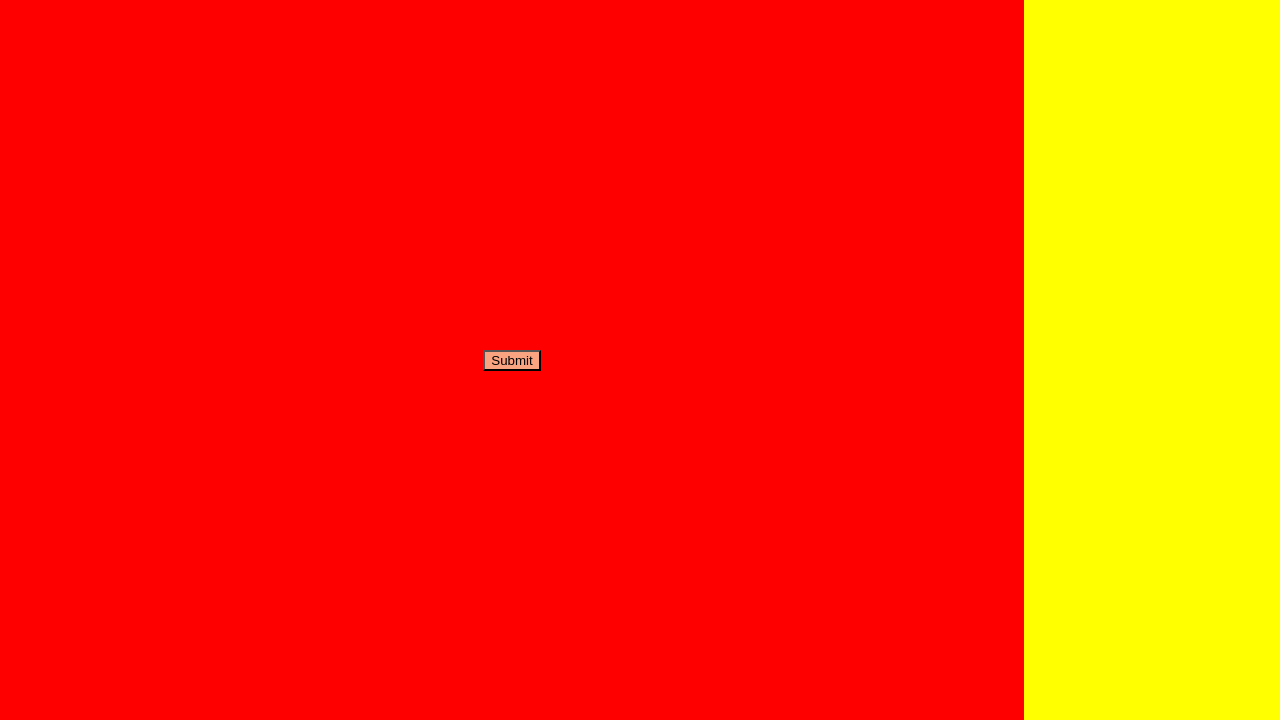
Repository: fatimash2123/todoApp
Page: /
These files come from the project's save history. The page is drawn as it stood at one moment and after the next save; the edit follows.
The browser window is 1280 px wide. The pictures show the whole page.
The project was rebuilt for these pictures with package versions that can differ from the ones it lists, and the page was loaded fresh each time.

Above is the page before, as saved 2024-02-12 16:31:44.

After the next save:
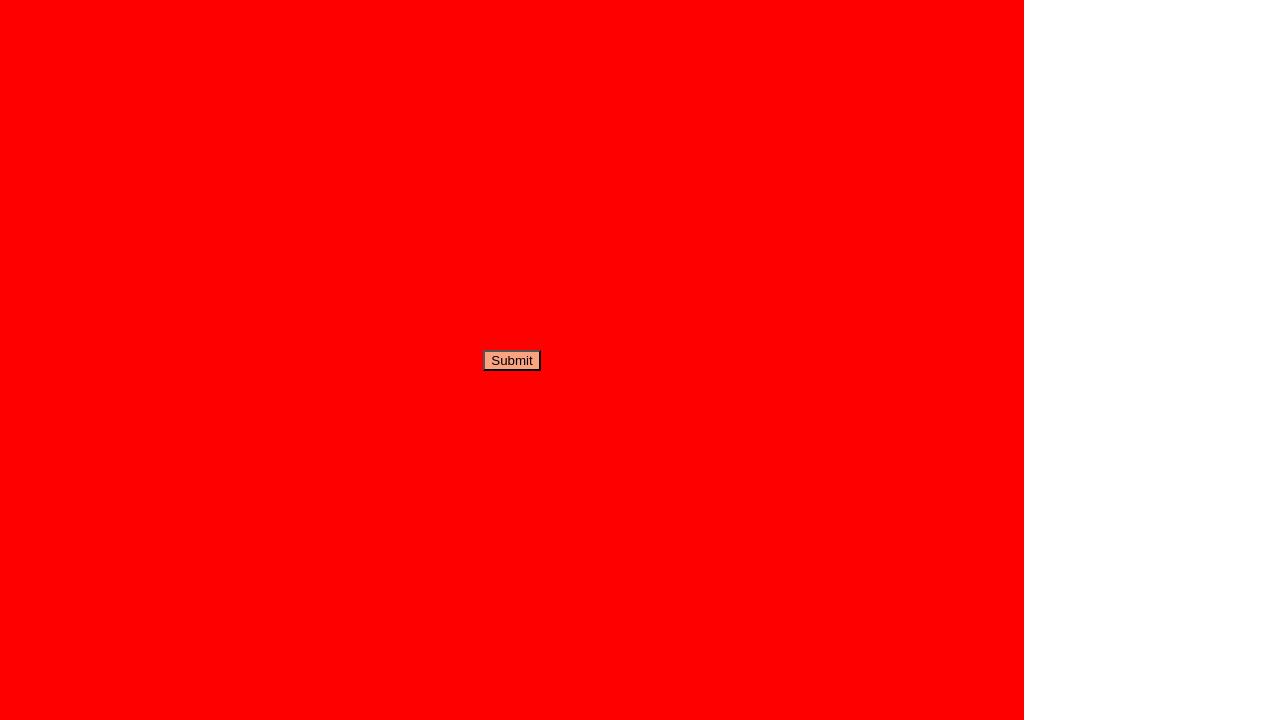
Saved 5 s later.
--- a/src/pages/Register/Register.module.css
+++ b/src/pages/Register/Register.module.css
@@ -1,4 +1,3 @@
 .registerContainer{
     width:100%;
-    background-color:yellow ;
 }
